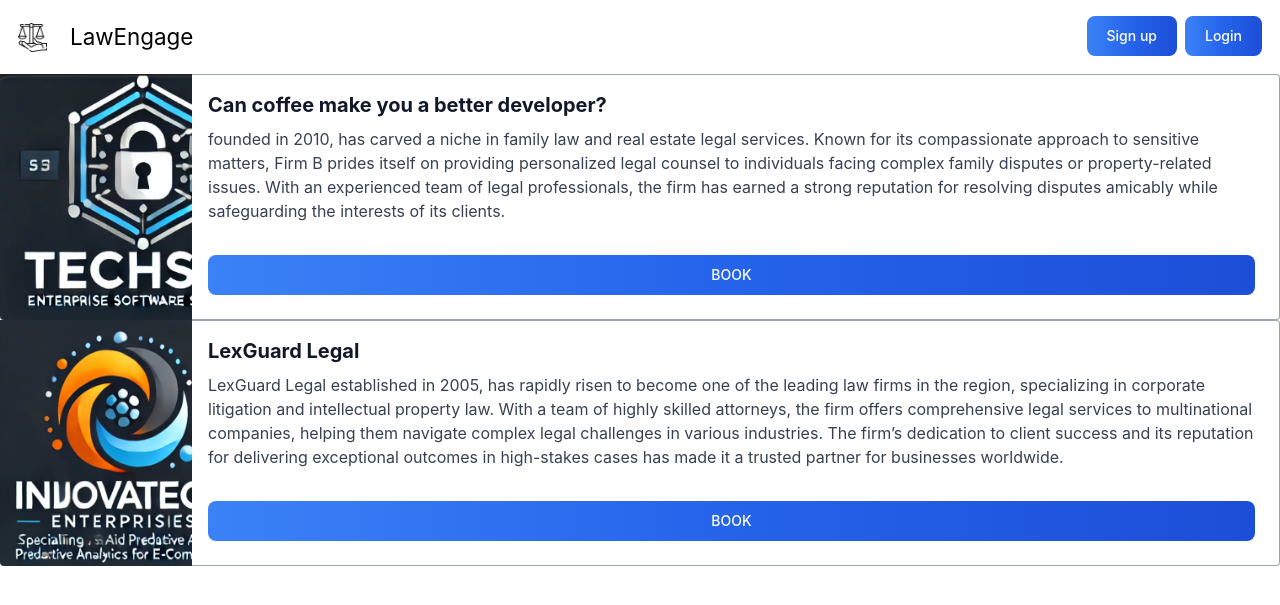
Repository: khushijain8/Lawyer-appointment-application
Page: /book (app in frontend/)
The author's editor kept a copy of each file at every save. The page is drawn from the files as they stood at one save, then again after the next save.
The browser window is 1280 px wide. The pictures show the whole page.
The project was rebuilt for these pictures with package versions that can differ from the ones it lists, and the page was loaded fresh each time. Also part of the build but not shown: frontend/src/App.css, frontend/src/components/Signup/Signup.css, frontend/src/components/Signup/Signup.jsx, frontend/src/components/Login/Login.css, frontend/src/components/Login/Login.jsx, frontend/src/components/LawyerHistoryContainer/LawyerHistoryContainer.css, frontend/src/components/LawyerHistoryContainer/LawyerHistoryContainer.jsx, frontend/src/components/Admin/Admin.jsx and 5 more.

Above is the page before, as saved 2025-01-26 19:00:44.

### frontend/src/index.js
import React from 'react';
import ReactDOM from 'react-dom/client';
import './index.css';
import App from './App';
import reportWebVitals from './reportWebVitals';
import {BrowserRouter} from 'react-router-dom';
import {Provider} from 'react-redux';
import {store} from './redux/store';
const root = ReactDOM.createRoot(document.getElementById('root'));
root.render(
  <React.StrictMode>
    <Provider store={store}>
     <BrowserRouter>
      <App />
    </BrowserRouter>
    </Provider>
  </React.StrictMode>
);

// If you want to start measuring performance in your app, pass a function
// to log results (for example: reportWebVitals(console.log))
// or send to an analytics endpoint. Learn more: https://bit.ly/CRA-vitals
reportWebVitals();

### frontend/src/App.js
import './App.css';

import {Route,Routes} from 'react-router-dom';
import Signup from './components/Signup/Signup';
import {Login} from './components/Login/Login';
import Navbar from './components/Navbar/Navbar';
import Book from './components/Book/Book';
import Admin from './components/Admin/Admin';
import FrontPage from './components/FrontPage/FrontPage';
import Firm from './components/Firms/Firm';
import LawyerHistoryContainer from './components/LawyerHistoryContainer/LawyerHistoryContainer';

function App() {
  return (
    <>
      <Navbar></Navbar>
      <Routes>
        <Route path='/signup' element={<Signup/>}/>
        <Route path='/login' element={<Login/>}/>
        <Route path='/book' element={<Book/>}/>
        <Route path='/' element={<FrontPage/>}/>
        <Route path='/admin' element={<Admin/>}/>
        <Route path='/firm' element={<Firm/>}/>
        <Route path='/admin/firm' element={<LawyerHistoryContainer/>}/>
      </Routes>

    </>
  );
}

export default App;

### frontend/src/redux/store.js
import {configureStore} from '@reduxjs/toolkit'
import LawyerReducer from './Lawyer/lawyerSlice'

export const store=configureStore({
    reducer:{
        lawyer:LawyerReducer
    },
})

### frontend/src/components/Navbar/Navbar.jsx
import React from 'react'
import lawlogo from '../../assets/law.png';
import './Navbar.css';
import {useNavigate} from 'react-router-dom';
function Navbar() {
    const navigate=useNavigate()
  return (
    <>
        <div className='navbar flex-col sm:flex-row '>
            <div className="left-nav">
                <img className = "logo px-2 py-2" src={lawlogo} alt="logo"></img>
                <span className="heading">LawEngage</span>
            </div>
            <div className='right-nav flex justify-center items-center md:order-2'>
                <button class="text-white bg-gradient-to-r from-blue-500 via-blue-600 to-blue-700 hover:bg-gradient-to-br focus:ring-4 focus:outline-none focus:ring-blue-300 dark:focus:ring-blue-800 font-medium rounded-lg text-sm px-5 py-2.5 text-center me-2 mb-2"onClick={()=>navigate('/signup')}>Sign up</button>
                <button class="text-white bg-gradient-to-r from-blue-500 via-blue-600 to-blue-700 hover:bg-gradient-to-br focus:ring-4 focus:outline-none focus:ring-blue-300 dark:focus:ring-blue-800 font-medium rounded-lg text-sm px-5 py-2.5 text-center me-2 mb-2" onClick={()=>navigate('/login')}>Login</button>
            </div>
        </div>

    </>
  )
}

export default Navbar

### frontend/src/components/Book/Book.jsx
import React from 'react'
import { useNavigate } from 'react-router-dom'
import { useDispatch } from 'react-redux';
import { setFirm } from '../../redux/Lawyer/lawyerSlice';
import techsys_img from '../../assets/techys.png';
import invovatech_img from '../../assets/invovatech.png';
function Book() {
  const navigate=useNavigate();
  const dispatch=useDispatch();
  const handleClick=(firm)=>{
    dispatch(setFirm(firm));
    navigate('/firm');
  }
  return (
    <div className='root-div' >
      <div className="max-w-sm w-full lg:max-w-full lg:flex">
        <div className="h-48 lg:h-auto lg:w-48 flex-none bg-cover rounded-t lg:rounded-t-none lg:rounded-l text-center overflow-hidden" style={{ backgroundImage: `url(${techsys_img})` }}>
        </div>
        <div className="border-r border-b border-l border-gray-400 lg:border-l-0 lg:border-t lg:border-gray-400 bg-white rounded-b lg:rounded-b-none lg:rounded-r p-4 flex flex-col justify-between leading-normal">
          <div className="mb-8">
            <div class="text-gray-900 font-bold text-xl mb-2">Can coffee make you a better developer?</div>
            <p class="text-gray-700 text-base">founded in 2010, has carved a niche in family law and real estate legal services. Known for its compassionate approach to sensitive matters, Firm B prides itself on providing personalized legal counsel to individuals facing complex family disputes or property-related issues. With an experienced team of legal professionals, the firm has earned a strong reputation for resolving disputes amicably while safeguarding the interests of its clients.</p>
          </div>
          <button class="text-white bg-gradient-to-r from-blue-500 via-blue-600 to-blue-700 hover:bg-gradient-to-br focus:ring-4 focus:outline-none focus:ring-blue-300 dark:focus:ring-blue-800 font-medium rounded-lg text-sm px-5 py-2.5 text-center me-2 mb-2" onClick={()=>handleClick('firm1')}>BOOK</button>

        </div>

      </div>
      <div className="max-w-sm w-full lg:max-w-full lg:flex">
        <div className="h-48 lg:h-auto lg:w-48 flex-none bg-cover rounded-t lg:rounded-t-none lg:rounded-l text-center overflow:hidden" style={{ backgroundImage: `url(${invovatech_img})` }}>
        </div>
        <div className="border-r border-b border-l border-gray-400 lg:border-l-0 lg:border-t lg:border-gray-400 bg-white rounded-b lg:rounded-b-none lg:rounded-r p-4 flex flex-col justify-between leading-normal">
          <div className="mb-8">

            <div class="text-gray-900 font-bold text-xl mb-2">LexGuard Legal</div>
            <p class="text-gray-700 text-base">LexGuard Legal established in 2005, has rapidly risen to become one of the leading law firms in the region, specializing in corporate litigation and intellectual property law. With a team of highly skilled attorneys, the firm offers comprehensive legal services to multinational companies, helping them navigate complex legal challenges in various industries. The firm’s dedication to client success and its reputation for delivering exceptional outcomes in high-stakes cases has made it a trusted partner for businesses worldwide.</p>
          </div>
            <button class="text-white bg-gradient-to-r from-blue-500 via-blue-600 to-blue-700 hover:bg-gradient-to-br focus:ring-4 focus:outline-none focus:ring-blue-300 dark:focus:ring-blue-800 font-medium rounded-lg text-sm px-5 py-2.5 text-center me-2 mb-2" onClick={()=>handleClick('firm2')}>BOOK</button>

        </div>

      </div>

    </div>
  )
}

export default Book

### frontend/src/redux/Lawyer/lawyerSlice.js
import { createAsyncThunk,createSlice} from "@reduxjs/toolkit"
import axios from 'axios';
const initialState={
    loading:false,
    lawyers:[],
    error:'',
    selectedSlot: {
        lawyerId: null,
        slotIndex: null,
    },
    firm:null,
}

export const fetchLawyers=createAsyncThunk('Lawyer/fetchLawyers',async (_, { getState })=>{
    const { firm } = getState().lawyer;
    return axios
    .get(`http://localhost:8080/lawyers/${firm}`)
        .then((response) => {
            console.log("API Response:", response.data);
            return response.data;
        })
        .catch((error) => {
            console.log("API Error:", error);
            throw error;
        });
})

export const bookSlot = createAsyncThunk("Lawyer/bookSlot", async (_, { getState, rejectWithValue }) => {
    const { firm } = getState().lawyer;
    const {selectedSlot}=getState().lawyer;
    const {lawyerId,slotIndex}=selectedSlot;
    if (!lawyerId || slotIndex === null) {
        return rejectWithValue("Invalid slot or lawyerId");
    }
    try {
      const response = await axios.post(`http://localhost:8080/bookSlot/${firm}`, {
        lawyerId,
        slotIndex,
      });

      console.log("Slot booked successfully:", response.data);
      return { lawyerId, slotIndex };
    } catch (error) {
        console.log(lawyerId,slotIndex);
        console.error("Failed to book slot:", error);
        return rejectWithValue(error.response?.data || "Booking failed");
      }
    }
  );



const lawyerSlice=createSlice({
    name:'lawyer',
    initialState,
    reducers: {
        selectSlot:(state,action)=>{
          state.selectedSlot = action.payload;
        },
        setFirm: (state, action) => {
            state.firm = action.payload;
        }
      },

    extraReducers:builder=>{
        builder.addCase(fetchLawyers.pending,state=>{
            state.loading=true
            console.log("Fetch lawyers faileda");
        })
        builder.addCase(fetchLawyers.fulfilled,(state,action)=>{
            state.loading=false
            state.lawyers=action.payload
            state.error=''
            console.log("Fetch lawyers failedb");
        })
        builder.addCase(fetchLawyers.rejected,(state,action)=>{
            state.loading=false
            state.error=action.error.message
            state.lawyers=[]
            console.log("Fetch lawyers failedc");
        })
        builder.addCase(bookSlot.pending,state=>{
            state.loading=true
            console.log("Fetch lawyers faileda");
        })
        builder.addCase(bookSlot.fulfilled,(state,action)=>{
            state.loading=false
            const {lawyerId,slotIndex}=action.payload;
            const lawyer=state.lawyers.find((l) => l._id === lawyerId);
            if (lawyer) {
              lawyer.availability[slotIndex].isAvailable=false;
            }
        })
        builder.addCase(bookSlot.rejected,(state,action)=>{
            state.loading=false
            state.error=action.error.message
            state.lawyers=[]
            console.log("Fetch lawyers failedc");
        })
    },

})
export const { selectSlot ,setFirm} = lawyerSlice.actions;
export default lawyerSlice.reducer;

### frontend/src/components/Navbar/Navbar.css
.logo{
    width:45px;
    height:45px;
}
.navbar{
    margin:10px;
    display:flex;
    justify-content : space-between;
}
.left-nav{
    display: flex;
    justify-content: start;
    gap:15px;
    align-items:center; /* for heading (lawengage to be at the center of the logo)*/
}

.right-nav{
    margin-top:6px;
}
.heading{
    font-size: 1.4rem;
    font-weight: normal;
}

Loaded but not shown: frontend/public/index.html (common file); frontend/src/index.css (common file); frontend/src/reportWebVitals.js (common file); frontend/tailwind.config.js (common file)

After the next save:
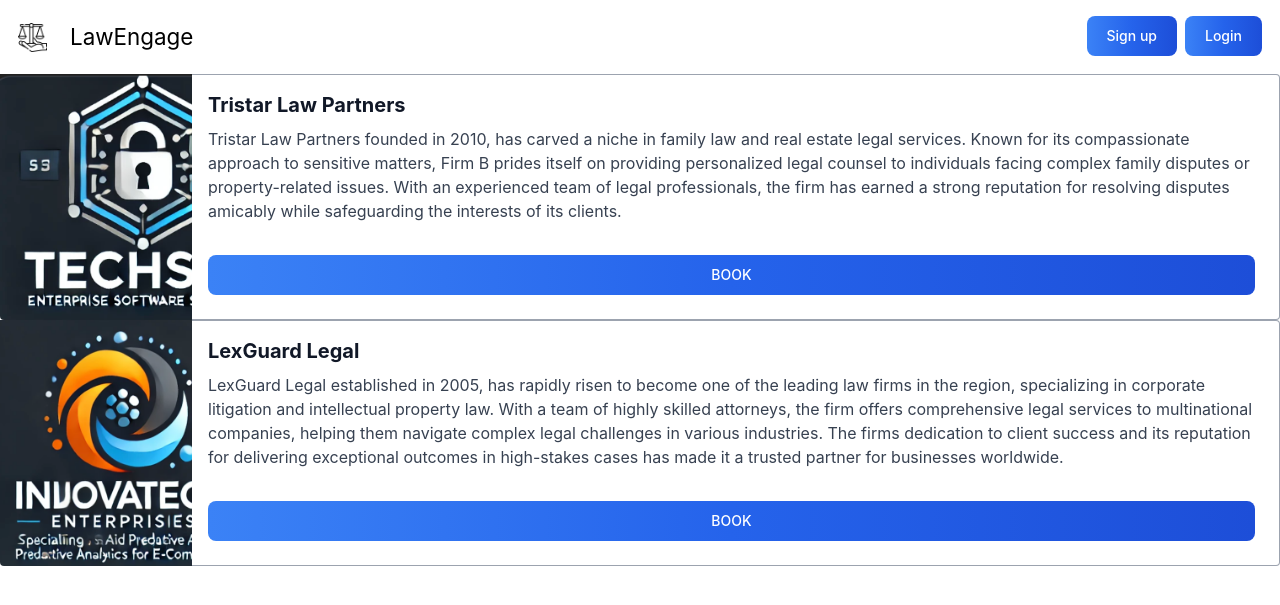
Saved 39 s later.
--- a/frontend/src/components/Book/Book.jsx
+++ b/frontend/src/components/Book/Book.jsx
@@ -18,8 +18,8 @@ function Book() {
         </div>
         <div className="border-r border-b border-l border-gray-400 lg:border-l-0 lg:border-t lg:border-gray-400 bg-white rounded-b lg:rounded-b-none lg:rounded-r p-4 flex flex-col justify-between leading-normal">
           <div className="mb-8">
-            <div class="text-gray-900 font-bold text-xl mb-2">Can coffee make you a better developer?</div>
-            <p class="text-gray-700 text-base">founded in 2010, has carved a niche in family law and real estate legal services. Known for its compassionate approach to sensitive matters, Firm B prides itself on providing personalized legal counsel to individuals facing complex family disputes or property-related issues. With an experienced team of legal professionals, the firm has earned a strong reputation for resolving disputes amicably while safeguarding the interests of its clients.</p>
+            <div class="text-gray-900 font-bold text-xl mb-2">Tristar Law Partners</div>
+            <p class="text-gray-700 text-base"> Tristar Law Partners founded in 2010, has carved a niche in family law and real estate legal services. Known for its compassionate approach to sensitive matters, Firm B prides itself on providing personalized legal counsel to individuals facing complex family disputes or property-related issues. With an experienced team of legal professionals, the firm has earned a strong reputation for resolving disputes amicably while safeguarding the interests of its clients.</p>
           </div>
           <button class="text-white bg-gradient-to-r from-blue-500 via-blue-600 to-blue-700 hover:bg-gradient-to-br focus:ring-4 focus:outline-none focus:ring-blue-300 dark:focus:ring-blue-800 font-medium rounded-lg text-sm px-5 py-2.5 text-center me-2 mb-2" onClick={()=>handleClick('firm1')}>BOOK</button>
 
@@ -33,7 +33,7 @@ function Book() {
           <div className="mb-8">
 
             <div class="text-gray-900 font-bold text-xl mb-2">LexGuard Legal</div>
-            <p class="text-gray-700 text-base">LexGuard Legal established in 2005, has rapidly risen to become one of the leading law firms in the region, specializing in corporate litigation and intellectual property law. With a team of highly skilled attorneys, the firm offers comprehensive legal services to multinational companies, helping them navigate complex legal challenges in various industries. The firm’s dedication to client success and its reputation for delivering exceptional outcomes in high-stakes cases has made it a trusted partner for businesses worldwide.</p>
+            <p class="text-gray-700 text-base">LexGuard Legal established in 2005, has rapidly risen to become one of the leading law firms in the region, specializing in corporate litigation and intellectual property law. With a team of highly skilled attorneys, the firm offers comprehensive legal services to multinational companies, helping them navigate complex legal challenges in various industries. The firms dedication to client success and its reputation for delivering exceptional outcomes in high-stakes cases has made it a trusted partner for businesses worldwide.</p>
           </div>
             <button class="text-white bg-gradient-to-r from-blue-500 via-blue-600 to-blue-700 hover:bg-gradient-to-br focus:ring-4 focus:outline-none focus:ring-blue-300 dark:focus:ring-blue-800 font-medium rounded-lg text-sm px-5 py-2.5 text-center me-2 mb-2" onClick={()=>handleClick('firm2')}>BOOK</button>
 
